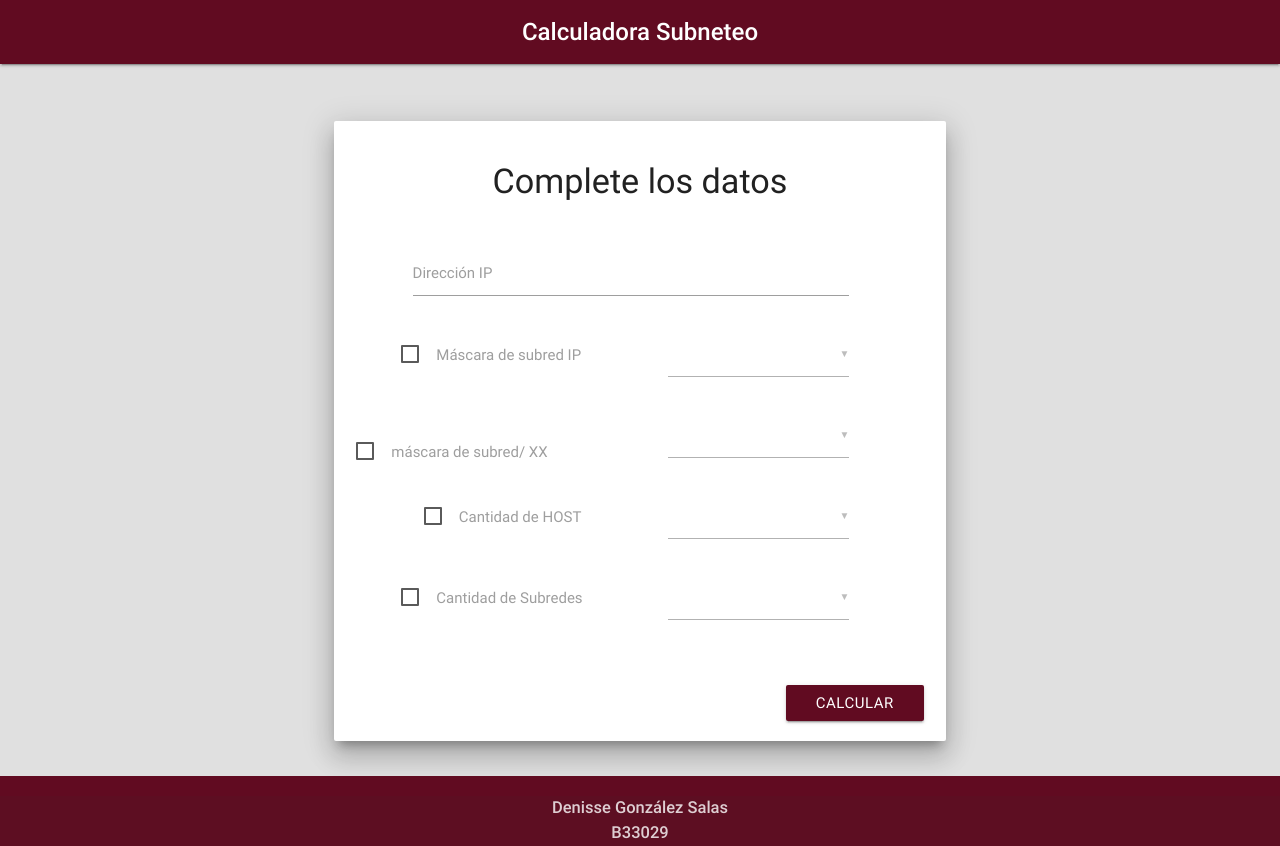
Repository: DenisseGS/Subnet-Calc
Page: http://localhost/
The author's editor kept a record of every edit. The page is drawn from the files as they stood at one moment, then again after the next edit.
The browser window is 1280 px wide. The pictures show the whole page.
Some web libraries are served in a nearby version. The page is served by the project's Laravel application, run on PHP 8.4 with Laravel 8. Other server files are loaded and not shown. Queries for data that is not in the repository find no rows.

Above is the page before.

### routes/web.php
<?php

/*
|--------------------------------------------------------------------------
| Web Routes
|--------------------------------------------------------------------------
|
| Here is where you can register web routes for your application. These
| routes are loaded by the RouteServiceProvider within a group which
| contains the "web" middleware group. Now create something great!
|
*/

Route::get('/', 'CalculadoraController@home');

Auth::routes();

Route::get('/home', 'HomeController@index');

Auth::routes();

Route::get('/home', 'HomeController@index');

Auth::routes();

Route::get('/home', 'HomeController@index');


Route::get('/calcular', 'CalculadoraController@principal');

### app/MascaraXX.php
<?php

namespace App;

use Illuminate\Database\Eloquent\Model;

class MascaraXX extends Model
{
    protected $table = 'mascara/XX';

    protected $primaryKey = 'IDMascaraXX';

    protected $fillable = array('Valor');

    public $timestamps = false;

}

### app/MascaraIP.php
<?php

namespace App;

use Illuminate\Database\Eloquent\Model;

class MascaraIP extends Model
{
    protected $table = 'mascaraIP';

    protected $primaryKey = 'IDMascaraIP';

    protected $fillable = array('Valor');

    public $timestamps = false;
}

### app/Host.php
<?php

namespace App;

use Illuminate\Database\Eloquent\Model;

class Host extends Model
{
    protected $table = 'host';

    protected $primaryKey = 'IDHost';

    protected $fillable = array('Valor');

    public $timestamps = false;
}

### app/Subred.php
<?php

namespace App;

use Illuminate\Database\Eloquent\Model;

class Subred extends Model
{
    protected $table = 'subred';

    protected $primaryKey = 'IDSubred';

    protected $fillable = array('Valor');

    public $timestamps = false;
}

### app/Rangos.php
<?php

namespace App;

use Illuminate\Database\Eloquent\Model;

class Rangos extends Model
{
    protected $table = 'rangos';

    protected $primaryKey = 'IDRango';

    protected $fillable = array('DireccionRed', 'HostInicial', 'HostFinal', 'Broadcast');

    public $timestamps = false;
}

### resources/views/Calculadora.blade.php
@extends('layouts.app')

@section('content')
<div class="container">
    <div class="row">
        <br><br>

          @if(session()->has('msj'))
            <div class="col s12 m3 l2"></div>
            <div class="col s12 m4 l8 card-panel red lighten-3 center-align">
              <span class="white-text">{{session('msj')}}</span>
            </div><br><br>
          @endif

        <div class="col s12 m3 l2"></div>
        <div class=" col s12 m4 l8 card-panel z-depth-5">
            <div class="row">
              <div class="col s12 m4 l4"></div>
              <br><h4 class="center-align">Complete los datos</h4>
              <div class="col s12 m4 l4"></div>
            </div>

            <div class="row">
                <form class="col s12" method="GET" action="/calcular">
                  {{ csrf_field() }}

                  <div class="row">
                    <div class="input-field col"></div><div class="input-field col"></div><div class="input-field col"></div>

                    <div class="input-field col m9">
                      <input id="direccionIP" name="direccionIP" type="text" class="validate"  required oninvalid="this.setCustomValidity('Debe ingresar una dirección IP con el formato: X.X.X.X')"
                        oninput="setCustomValidity('')" required>
                      <label for="direccionIP">Dirección IP</label>
                    </div>

                    <div class="input-field col s5">
                        <div class="input-field col"></div><div class="input-field col"></div>
                        <input type="checkbox" id="checkMascaraIP"/>
                        <label for="checkMascaraIP">Máscara de subred IP</label><br><br>
                    </div>

                    <div class="input-field col"></div><div class="input-field col"></div><div class="input-field col"></div>

                    <div class="input-field col s4">
                        <select id='mascaraIP' name='mascaraIP' disabled>
                          @foreach ($mascarasIP as $maskIP)
                            <option value="{{ $maskIP->IDMascaraIP }}">{{ $maskIP->Valor }}</option>
                          @endforeach
                        </select>
                    </div>

                    <div class="input-field col s5">
                        <div class="input-field col"></div><div class="input-field col"></div>
                        <input type="checkbox" id="checkmascaraXX"/>
                        <label for="checkmascaraXX">máscara de subred/ XX</label><br><br>
                    </div>

                    <div class="input-field col"></div><div class="input-field col"></div><div class="input-field col"></div>

                    <div class="input-field col s4">
                        <select id="mascaraXX" name='mascaraXX' disabled>
                          @foreach ($mascarasXX as $maskXX)
                            <option value="{{ $maskXX->IDMascaraXX }}">{{ $maskXX->Valor }}</option>
                          @endforeach
                        </select>
                    </div>

                    <div class="input-field col s5">
                        <div class="input-field col"></div><div class="input-field col"></div><div class="input-field col"></div>
                        <input type="checkbox" id="checkHost"/>
                        <label for="checkHost">Cantidad de HOST</label><br><br>
                    </div>

                    <div class="input-field col"></div><div class="input-field col"></div><div class="input-field col"></div>

                    <div class="input-field col s4">
                        <select id='hosts' name='hosts' disabled>
                          @foreach ($hosts as $host)
                            <option value="{{ $host->Valor }}">{{ $host->Valor }}</option>
                          @endforeach
                        </select>
                    </div>

                    <div class="input-field col s5">
                        <div class="input-field col"></div><div class="input-field col"></div>
                        <input type="checkbox" id="checkSubredes"/>
                        <label for="checkSubredes">Cantidad de Subredes</label><br><br>
                    </div>

                    <div class="input-field col"></div><div class="input-field col"></div><div class="input-field col"></div>

                    <div class="input-field col s4">
                        <select id="subredes" name='subredes' disabled>
                          @foreach ($subredes as $subred)
                            <option value="{{ $subred->Valor }}">{{ $subred->Valor }}</option>
                          @endforeach
                        </select>
                    </div>
                  </div>

                  <div class="col s12">
                        <br>
                        <button class="btn waves-effect waves-light btn right" type="submit" name="action">Calcular</button>
                  </div>

                </form>
            </div>
        </div>
    </div>
</div>

<script>

window.onload = function() {

   $('select').material_select();

    $("#checkmascaraXX").change(function() {
        if($("#checkmascaraXX").is(':checked')) {
            $("#mascaraXX").prop('disabled', false);
            $("#checkMascaraIP").prop('disabled', true);
            $('select').material_select();
        } else {
            $("#mascaraXX").prop('disabled', true);
            $("#checkMascaraIP").prop('disabled', false);
            $('select').material_select();
        }
    });

    $("#checkMascaraIP").change(function() {
        if($("#checkMascaraIP").is(':checked')) {
            $("#mascaraIP").prop('disabled', false);
            $("#checkmascaraXX").prop('disabled', true);
            $('select').material_select();
        } else {
            $("#mascaraIP").prop('disabled', true);
            $("#checkmascaraXX").prop('disabled', false);
            $('select').material_select();
        }
    });

        $("#checkHost").change(function() {
        if($("#checkHost").is(':checked')) {
            $("#hosts").prop('disabled', false);
            $("#checkSubredes").prop('disabled', true);
            $('select').material_select();
        } else {
            $("#hosts").prop('disabled', true);
            $("#checkSubredes").prop('disabled', false);
            $('select').material_select();
        }
    });

    $("#checkSubredes").change(function() {
        if($("#checkSubredes").is(':checked')) {
            $("#subredes").prop('disabled', false);
            $("#checkHost").prop('disabled', true);
            $('select').material_select();
        } else {
            $("#subredes").prop('disabled', true);
            $("#checkHost").prop('disabled', false);
            $('select').material_select();
        }
    });

}

</script>

@endsection

### resources/views/layouts/app.blade.php
<!DOCTYPE html>
<html lang="{{ config('app.locale') }}">
<head>
    <meta charset="utf-8">
    <meta http-equiv="X-UA-Compatible" content="IE=edge">
    <meta name="viewport" content="width=device-width, initial-scale=1">

    <!-- CSRF Token -->
    <meta name="csrf-token" content="{{ csrf_token() }}">

    <title>{{ config('app.name', 'Calculadora_CIDR') }}</title>

    <!-- Styles
    <link href="{{ asset('css/app.css') }}" rel="stylesheet"> -->
    <link type="text/css" rel="stylesheet" href="style/css/materialize.min.css"  media="screen,projection"/>
    <link type="text/css" rel="stylesheet" href="style/css/master.css"/>

    <!-- Scripts -->
    <script>
        window.Laravel = {!! json_encode([
            'csrfToken' => csrf_token(),
        ]) !!};
    </script>

    <style>

         #body {
            display: flex;
            min-height: 100vh;
            flex-direction: column;
            background-color: #e0e0e0;
            font-size: 110%;
         }

         #main {
            flex: 1 0 auto;
         }

        #footer, #nav, .btn {
            background-color: #610B21;
        }

        #tamanoFooter { height: 50px; }

        .btn:hover {
            background-color: #840f2d;
        }

        .dropdown-content li > a, .dropdown-content li > span {
            color: #840f2d;
        }

        [type="checkbox"]:checked + label:before {
            border-right: 2px solid #840f2d;
            border-bottom: 2px solid #840f2d;
        }

        input[type=text]:focus:not([readonly]) + label {
          color: #840f2d;
          font-size: 100%;
        }

        input[type=checkbox]:focus:not([readonly]) + label {
          color: #840f2d;
          font-size: 95%;
        }

        form label{font-size: 100%; color: #840f2d;}

        input[type=text]:focus:not([readonly]) {
          border-bottom: 1px solid #840f2d;
          box-shadow: 0 1px 0 0 #840f2d;
        }

    </style>

</head>

<body id="body">
        <header>
            <nav id="nav">
                <div class="nav-wrapper">
                    <div class="container center">
                        <font size=5><strong>Calculadora Subneteo</strong></font>
                    </div>
                </div>
            </nav>
        </header>

        <main id="main">
          <div class= "content">
            @yield('content')
          </div>
        </main>

        <footer id="footer" class="page-footer">
          <div id="tamanoFooter" class="footer-copyright">
            <div class="container center">
                <div class="col l6 s12">
                    <strong>Denisse González Salas</strong>
                    <br>
                    <strong>B33029</strong>
              </div>
            </div>
          </div>
        </footer>

    <!-- Scripts -->
    <script src="{{ asset('js/app.js') }}"></script>
    <script type="text/javascript" src="https://code.jquery.com/jquery-2.1.1.min.js"></script>
    <script type="text/javascript" src="https://cdnjs.cloudflare.com/ajax/libs/jquery-validate/1.16.0/jquery.validate.min.js"></script>
    <script type="text/javascript" src="style/js/materialize.min.js"></script>

</html>

### public/style/css/master.css
  #body {
    display: flex;
    min-height: 100vh;
    flex-direction: column;
    background-color: #e0e0e0;
  }

  #main {
    flex: 1 0 auto;
  }

Loaded but not shown: app/Http/Controllers/Controller.php (common file); public/style/css/materialize.min.css (library); public/js/app.js (library); public/style/js/materialize.min.js (library); app/Http/Controllers/CalculadoraController.php (329 lines, source omitted)

After the next edit:
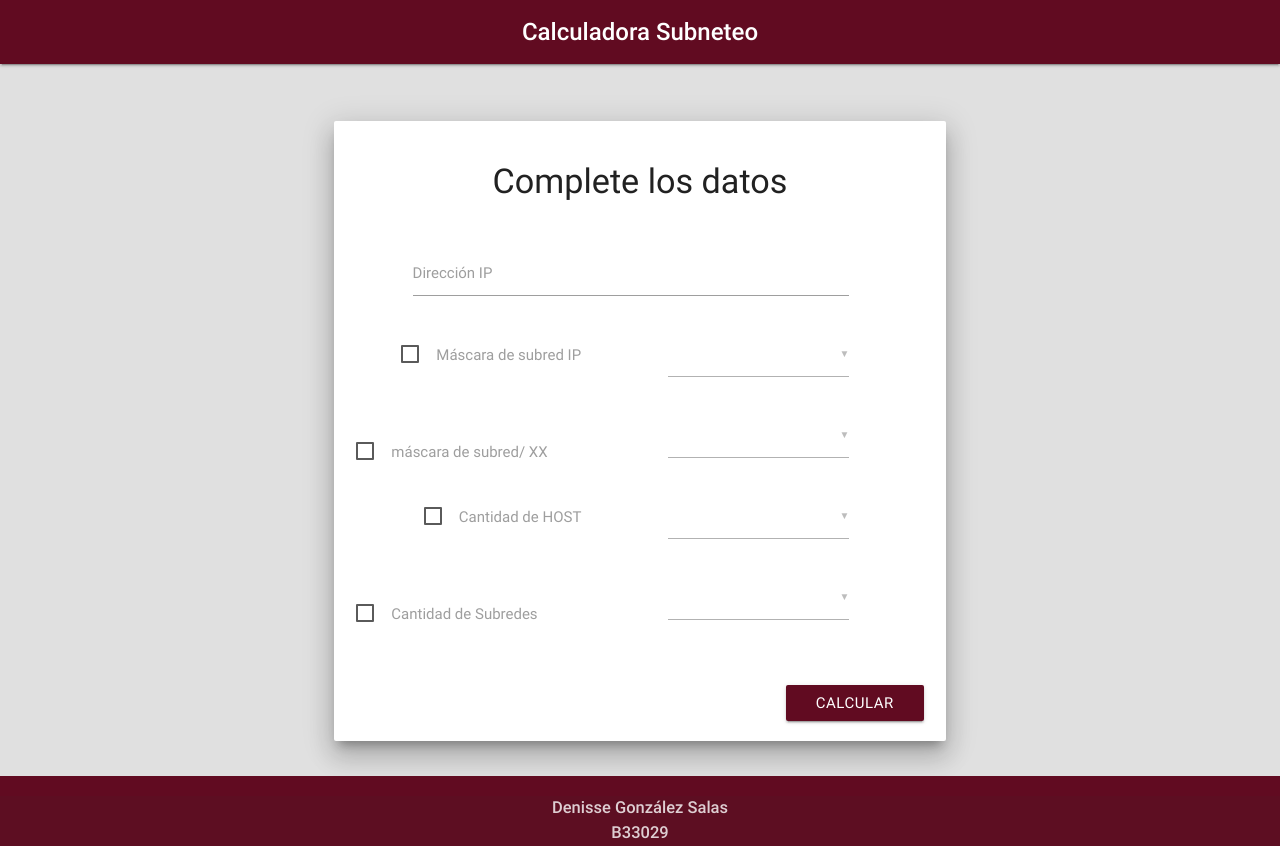
The edit:
--- a/resources/views/Calculadora.blade.php
+++ b/resources/views/Calculadora.blade.php
@@ -82,7 +82,7 @@
                     </div>
 
                     <div class="input-field col s5">
-                        <div class="input-field col"></div><div class="input-field col"></div>
+                        <div class="input-field col"></div><div class="input-field col"></div><div class="input-field col"></div>
                         <input type="checkbox" id="checkSubredes"/>
                         <label for="checkSubredes">Cantidad de Subredes</label><br><br>
                     </div>
